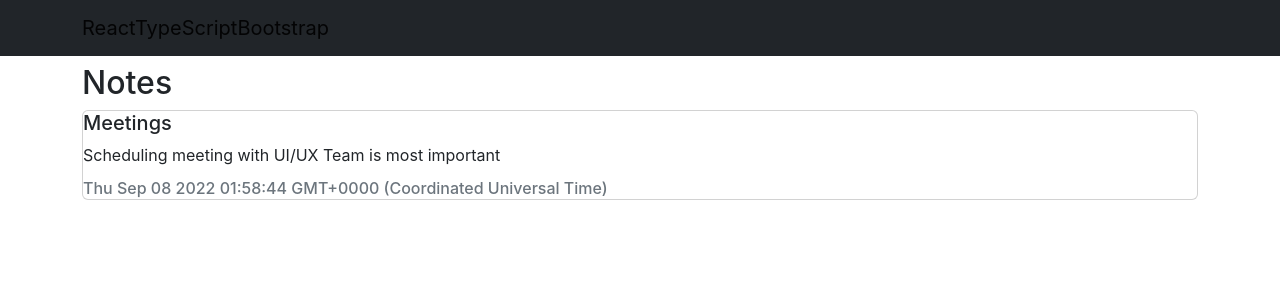
Repository: OmniaRafat232111121/notes
Page: /
These files come from the project's save history. The page is drawn as it stood at one moment and after a run of saves; the edit follows.
The browser window is 1280 px wide. The pictures show the whole page.
The project was rebuilt for these pictures with package versions that can differ from the ones it lists, and the page was loaded fresh each time. Also part of the build but not shown: src/App.css.

Above is the page before, as saved 2022-09-08 02:19:48.

After the next 4 saves:
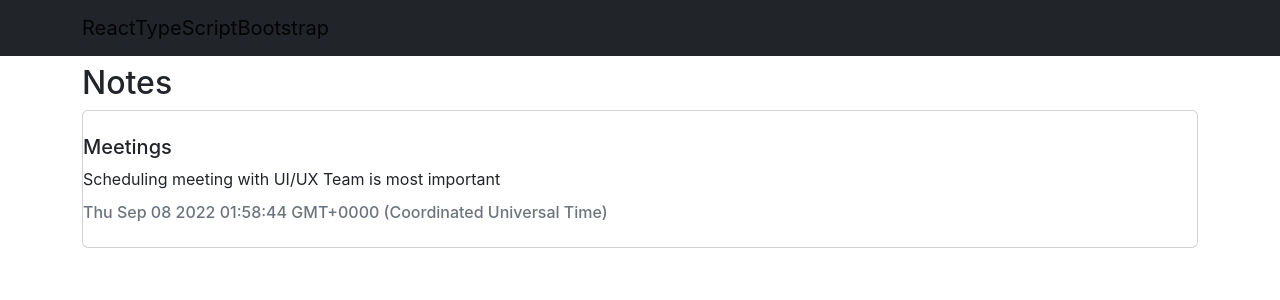
The 4 saves are shown as one change because they came seconds apart.
The last was saved 13 s later.
--- a/src/components/Notes.tsx
+++ b/src/components/Notes.tsx
@@ -8,8 +8,8 @@ interface INotesProps {
 const Notes: React.FunctionComponent<INotesProps> = ({note}) => {
   return (
 <div className="mb-3 ">
-     <Card>
-        <Card.Title className="">
+     <Card className="py-4">
+        <Card.Title >
             {note.title}
         </Card.Title>
         <Card.Text>
